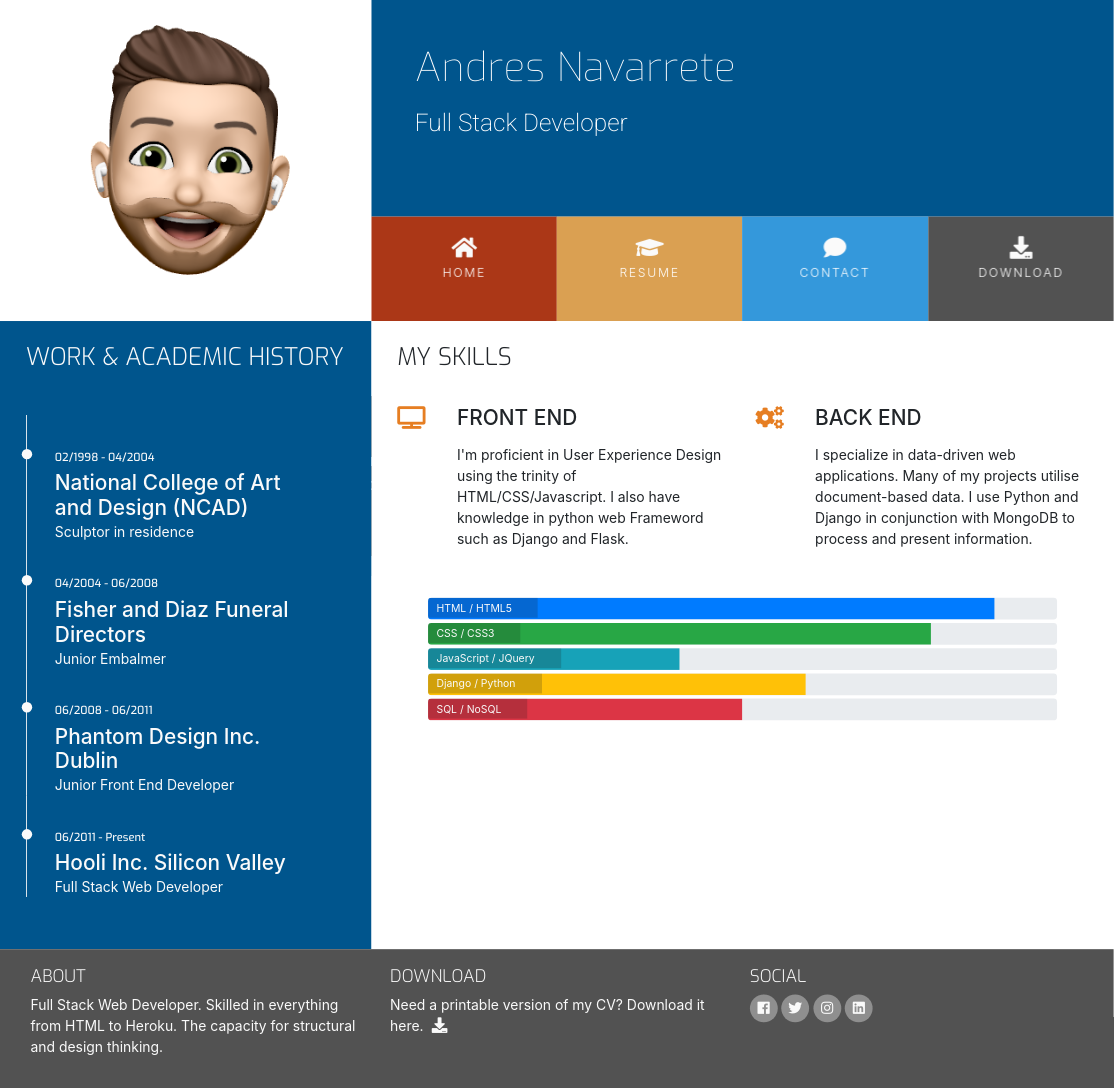
Repository: andna5980/cloud9-workspace
Page: resume.html
These files come from the project's save history. The page is drawn as it stood at one moment and after the next save; the edit follows.
The browser window is 1280 px wide. The pictures show the whole page, at 87% of full size.
Some web libraries are served in a nearby version.

Above is the page before, as saved 2022-04-24 10:02:51.

After the next save:
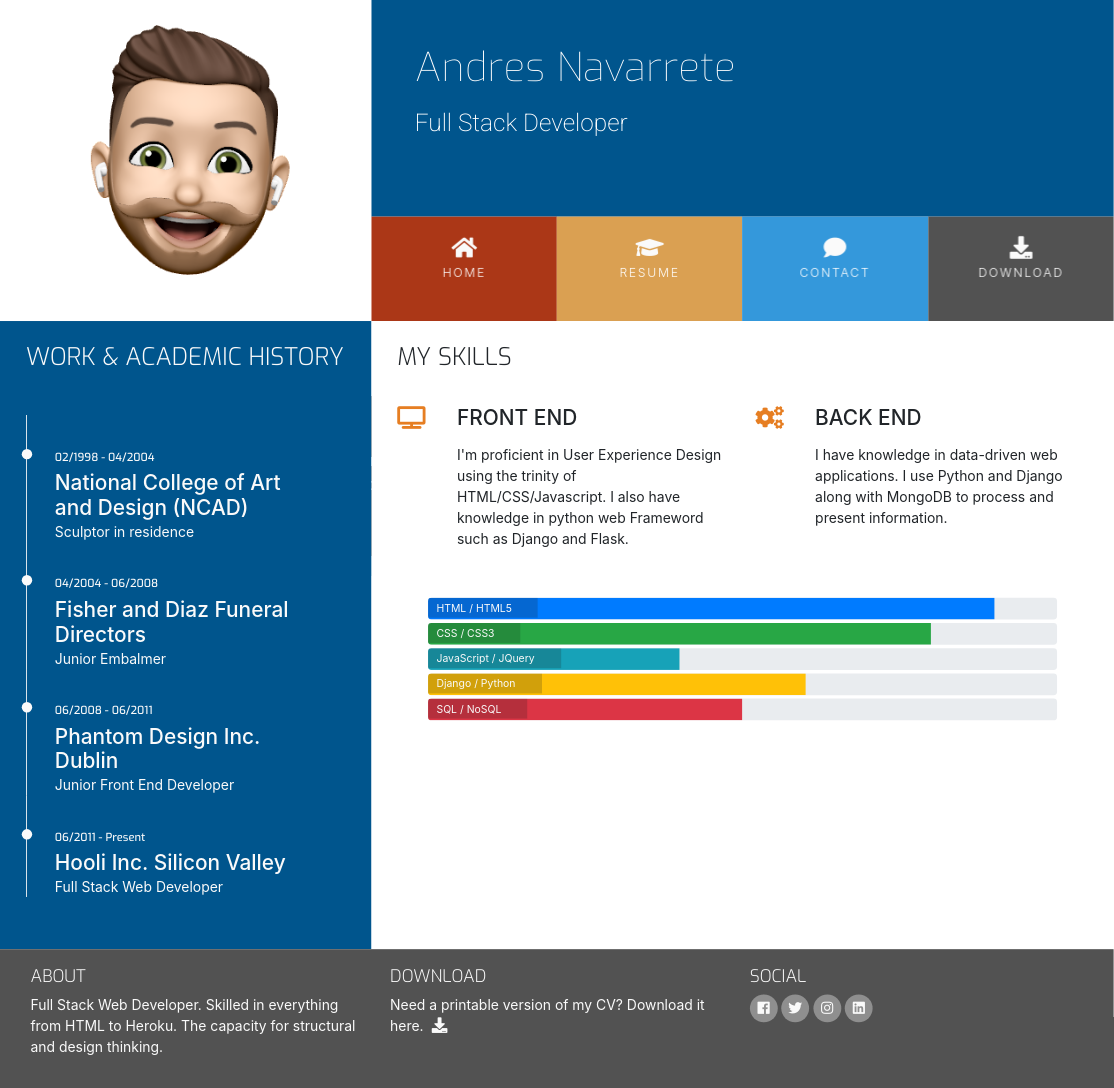
Saved 3 min 22 s later.
--- a/resume.html
+++ b/resume.html
@@ -113,8 +113,8 @@
                             <div class="col-10">
                                 <h4 class="three-reasons-heading uppercase">Back End</h4>
                                 <p>
-                                    I specialize in data-driven web applications. Many of my projects utilise document-based data.
-                                     I use Python and Django in conjunction with MongoDB to process and present information.
+                                    I have knowledge in data-driven web applications.
+                                    I use Python and Django along with MongoDB to process and present information.
                                 </p>
                             </div>
                         </div>
